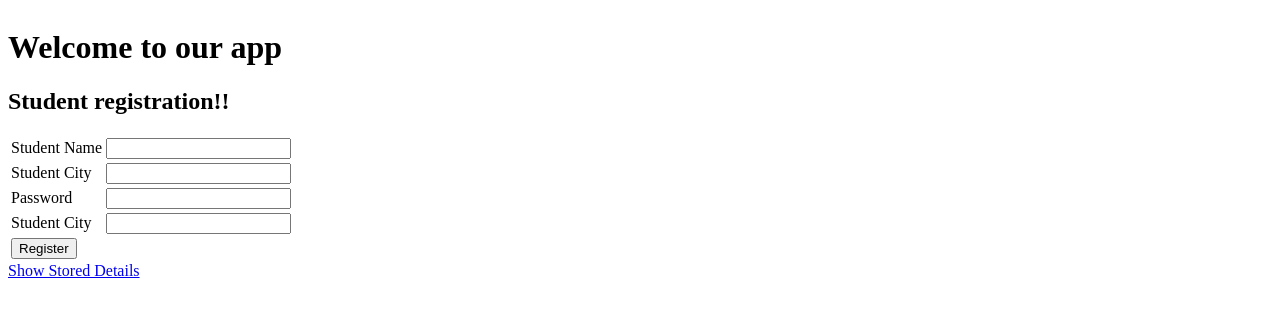
Repository: sultanaNargis03/IndustryReadyJavaSpringBoot
Page: Servlet/workspace/Learningportal/src/main/webapp/register.html
These files come from the project's save history. The page is drawn as it stood at one moment and after the next save; the edit follows.
The browser window is 1280 px wide. The pictures show the whole page.

Above is the page before, as saved 2023-12-06 16:00:11.

After the next save:
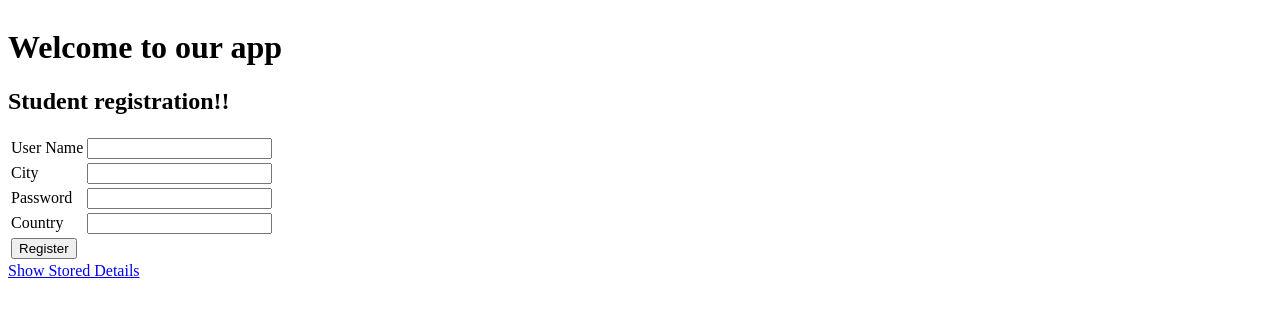
Saved 79 s later.
--- a/Servlet/workspace/Learningportal/src/main/webapp/register.html
+++ b/Servlet/workspace/Learningportal/src/main/webapp/register.html
@@ -10,20 +10,20 @@
 <form method="post" action="./Request1">
 	<table>
 		<tr>
-			<td>Student Name</td>
-			<td><input type="text" name="sname"</td>
+			<td>User Name</td>
+			<td><input type="text" name="uname"</td>
 		</tr>
 		<tr>
-			<td>Student City</td>
-			<td><input type="text" name="scity"</td>
+			<td>City</td>
+			<td><input type="text" name="city"</td>
 		</tr>
 		<tr>
 			<td>Password</td>
 			<td><input type="password" name="password"</td>
 		</tr>
 		<tr>
-			<td>Student City</td>
-			<td><input type="text" name="scity"</td>
+			<td>Country</td>
+			<td><input type="text" name="country"</td>
 		</tr>
 		<tr>
 			<td><input type="submit" value="Register"</td>
